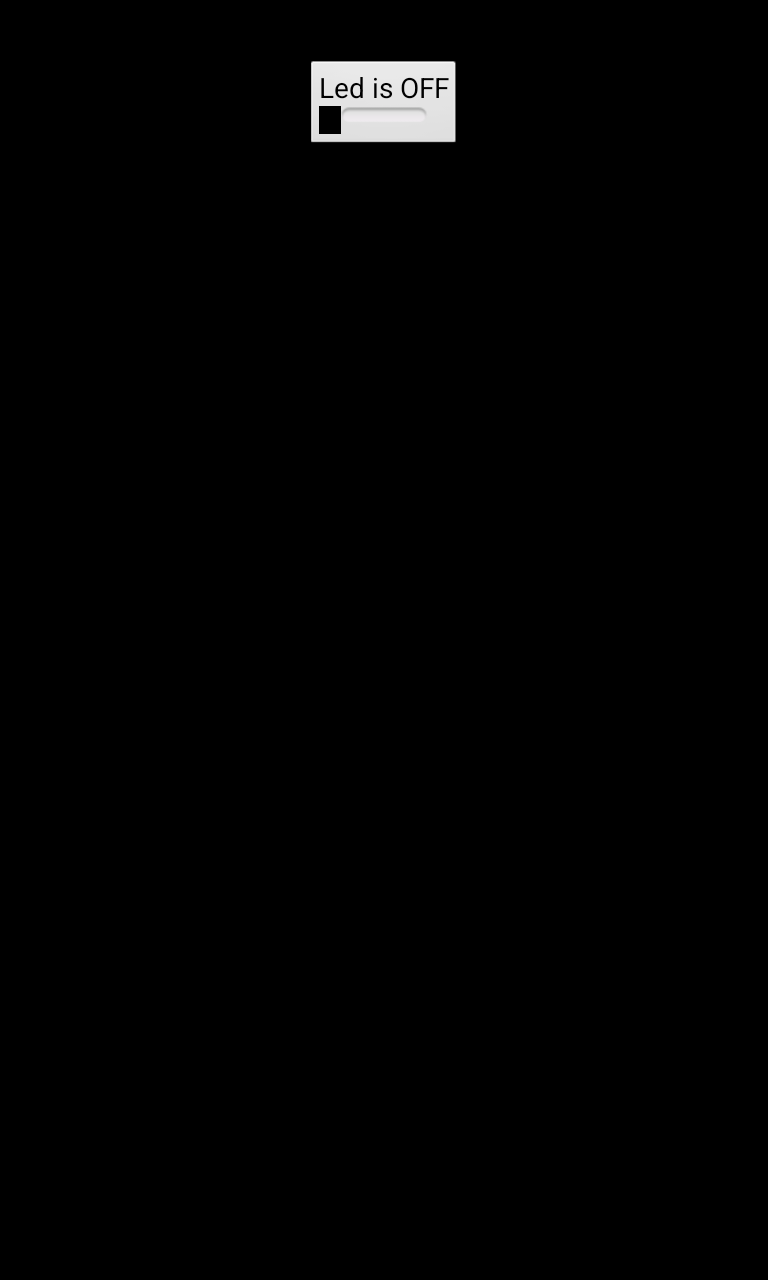
Repository: deanzaka/Shroom-Smart-Terminal
Layout: IOIOShroomST/res/layout/main.xml
The author's editor kept a copy of each file at every save. The layout is drawn from the files as they stood at one save, then again after a run of saves.
It is drawn on a 768 x 1280 px phone screen (xhdpi) without system bars, with theme android:Theme; the app's code is not run.

Above is the layout before, as saved 2014-11-16 21:07:11.

After the next 3 saves:
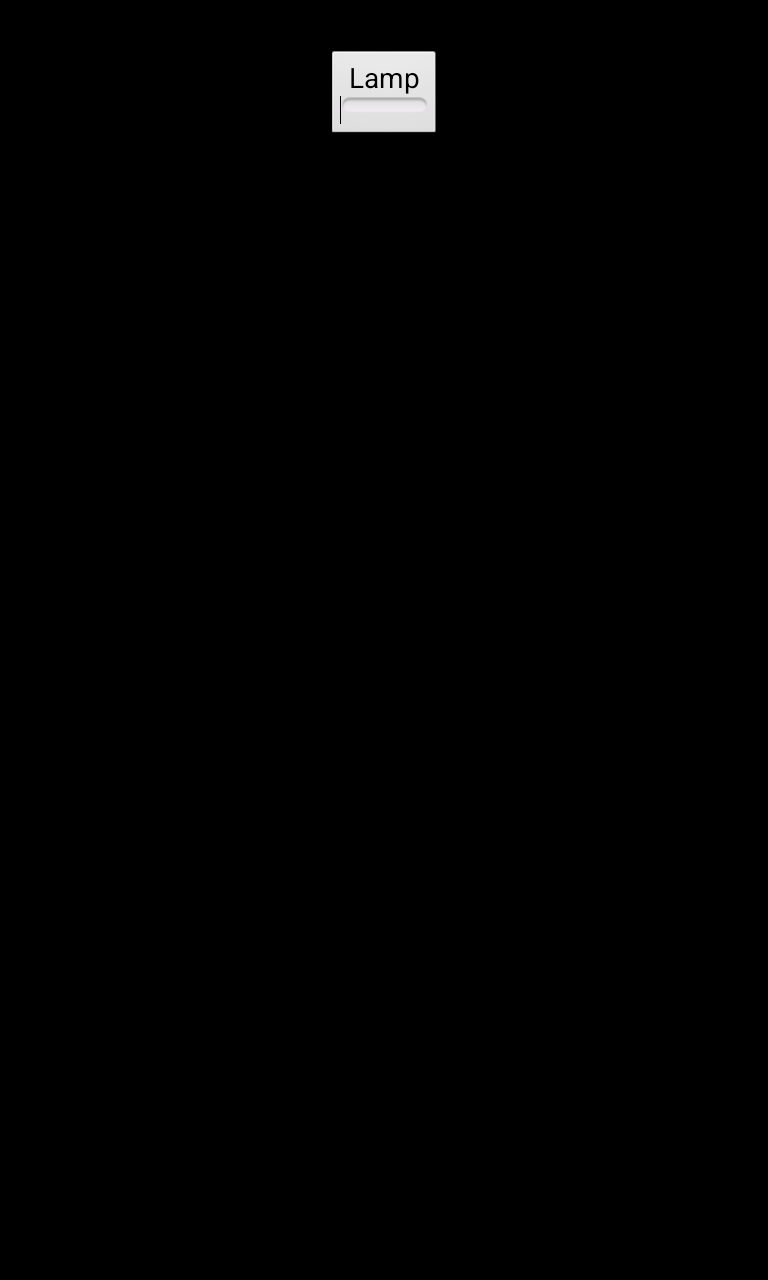
The 3 saves are shown as one change because 1 did not build or start and some came seconds apart.
The last was saved 55 s later.
--- a/IOIOShroomST/res/layout/main.xml
+++ b/IOIOShroomST/res/layout/main.xml
@@ -14,11 +14,12 @@
 			android:id="@+id/Lamp"
 			android:layout_width="wrap_content"
 			android:layout_height="wrap_content"
-			android:layout_gravity="center_horizontal"
-			android:layout_margin="20px"
-			android:textOff="Led is OFF"
-			android:textOn="Led is ON"
-		/>
+			android:layout_margin="5dp"
+			android:text="@string/lamp"
+			android:textOn="@string/lamp"
+			android:textOff="@string/lamp"
+			/>
+
 	</RelativeLayout>
 
 	</LinearLayout>
